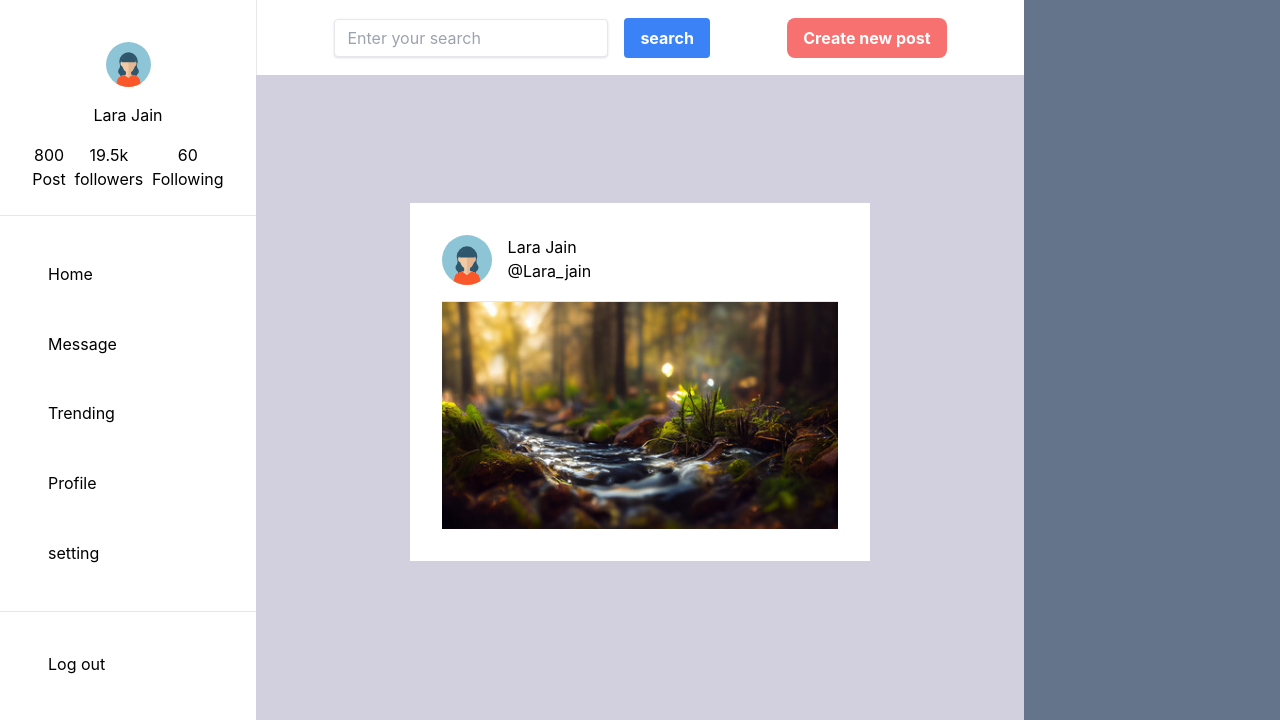
Repository: cosmicswati/upgrad-captions-project
Page: /
These files come from the project's save history. The page is drawn as it stood at one moment and after the next save; the edit follows.
The browser window is 1280 px wide. The pictures show the whole page.
The project was rebuilt for these pictures with package versions that can differ from the ones it lists, and the page was loaded fresh each time. Also part of the build but not shown: src/modules/Authorization/Form.jsx, src/modules/Authorization/index.js.

Above is the page before, as saved 2024-04-09 15:43:31.

After the next save:
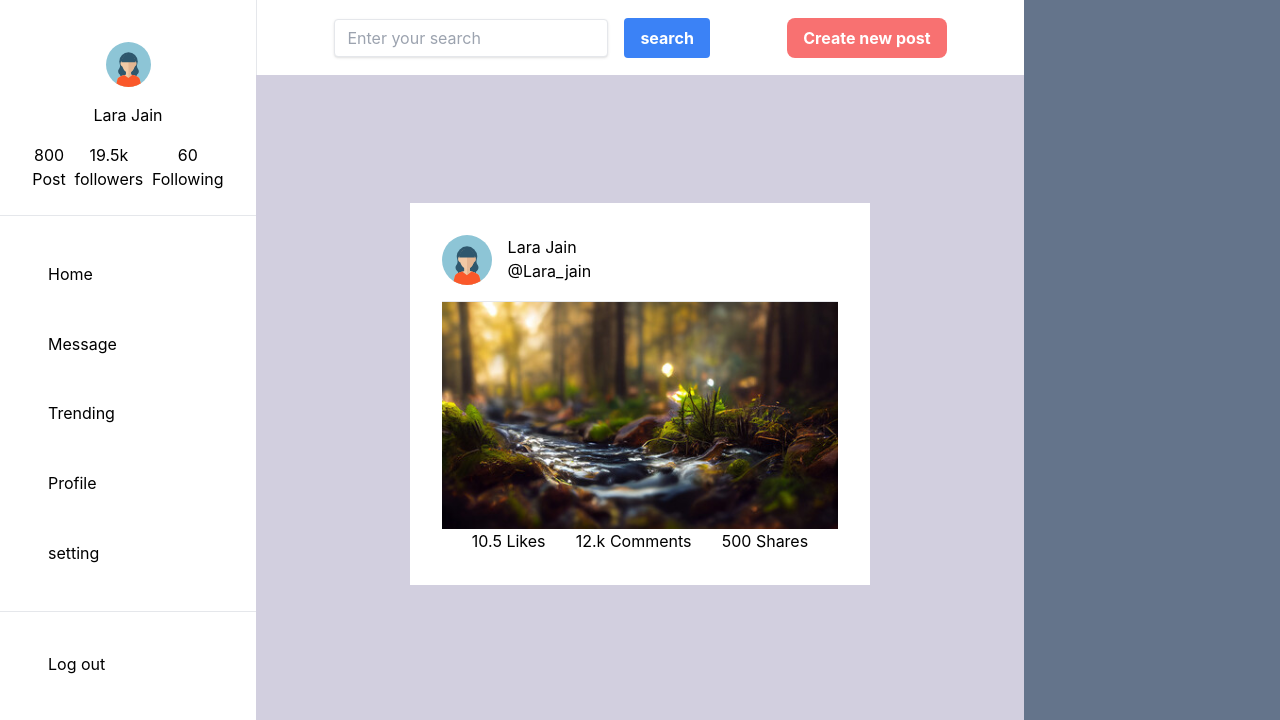
Saved 3 min 9 s later.
--- a/src/modules/Home/index.js
+++ b/src/modules/Home/index.js
@@ -56,7 +56,12 @@ const Home = () => {
                    </div>
                 </div>
                 <div>
-                    <img src={postImg} width={'500px'} />
+                    <img src={postImg} width={'500px'}/>
+                </div>
+                <div className='flex justify-evenly'>
+                    <div>10.5 Likes</div>
+                    <div>12.k Comments</div>
+                    <div>500 Shares</div>
                 </div>
             </div>
         </div>
